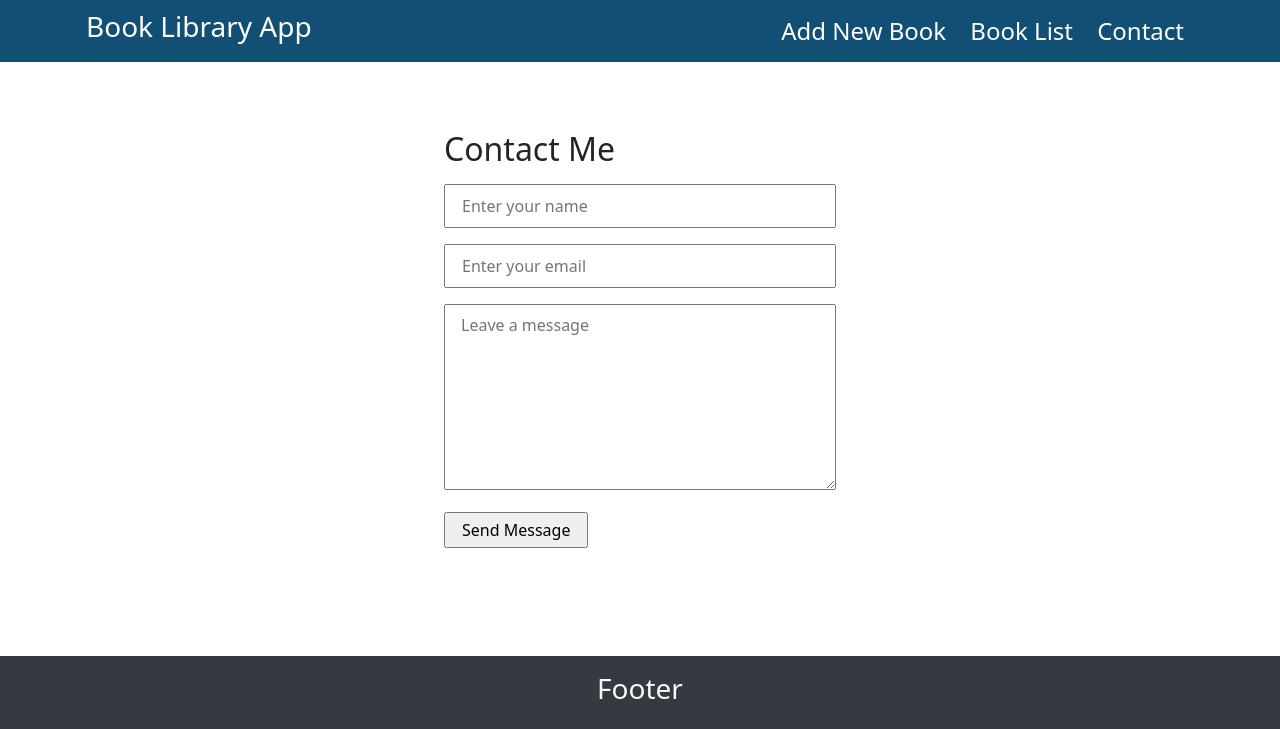
Repository: just-mann/booklibrary-app
Page: http://localhost/contact
These files come from the project's save history. The page is drawn as it stood at one moment and after the next save; the edit follows.
The browser window is 1280 px wide. The pictures show the whole page.
The page is served by the project's Node server (app.js).

Above is the page before, as saved 2021-06-06 04:51:57.

### views/contact.ejs
<!DOCTYPE html>
<html lang="en">
<%- include('./partials/Header') %>
<body>
    <%- include('./partials/Navbar') %>
    <div class="container py-3 contact">
        <div class="p-5 p-xs-1 p-sm-1 p-md-1 py-2 px-0 mt-5 contactDiv">
            <form class="px-0">
              <h2>Contact Me</h2>
                <div class="my-3">
                  <input class="px-3 py-2 name w-100" type="text" name="name" id="name" placeholder="Enter your name" required>
                </div>
                <div class="my-3">
                  <input class="px-3 py-2 email w-100" type="email" name="email" id="email" placeholder="Enter your email" required>
                </div>
                <div class="my-3">
                  <textarea class="px-3 py-2 w-100" name="message" id="" cols="30" rows="7" placeholder="Leave a message" required></textarea>
                </div>
                <div class="my-3">
                  <input class="px-3 py-1 submitBtn" type="submit" value="Send Message">
                </div>
            </form>
          </div>
    </div>
    <%- include('./partials/Footer') %>
</body>
</html>

### views/partials/Header.ejs
<head>
    <meta charset="UTF-8">
    <meta name="viewport" content="width=device-width, initial-scale=1.0">
    <title><%= title %></title>
    <link rel="stylesheet" href="https://stackpath.bootstrapcdn.com/bootstrap/5.0.0-alpha1/css/bootstrap.min.css" integrity="sha384-r4NyP46KrjDleawBgD5tp8Y7UzmLA05oM1iAEQ17CSuDqnUK2+k9luXQOfXJCJ4I" crossorigin="anonymous">
    <script src="https://cdn.jsdelivr.net/npm/popper.js@1.16.0/dist/umd/popper.min.js" integrity="sha384-Q6E9RHvbIyZFJoft+2mJbHaEWldlvI9IOYy5n3zV9zzTtmI3UksdQRVvoxMfooAo" crossorigin="anonymous"></script>
    <link rel="stylesheet" href="https://unpkg.com/aos@next/dist/aos.css" />
    <link rel="stylesheet" href="https://unpkg.com/aos@next/dist/aos.css" />
    <script src="https://stackpath.bootstrapcdn.com/bootstrap/5.0.0-alpha1/js/bootstrap.min.js" integrity="sha384-oesi62hOLfzrys4LxRF63OJCXdXDipiYWBnvTl9Y9/TRlw5xlKIEHpNyvvDShgf/" crossorigin="anonymous"></script>
    <link rel="stylesheet" href="/style.css">
  </head>

### views/partials/Navbar.ejs
<nav class="container-fluid sticky-top">
    <div class="container">
        <a href="/" class="logo"><h3>Book Library App</h3></a>
        <div class="nav__links">
            <a href="/">Add New Book</a>
            <a href="/booklist">Book List</a>
            <a href="/contact">Contact</a>
        </div>
    </div>
</nav>

### views/partials/Footer.ejs
<footer class="bg-dark py-3 text-light text-center">
    <script src="https://ajax.googleapis.com/ajax/libs/jquery/3.5.1/jquery.min.js"></script>
    <script src="/script.js"></script>
    <div class="container">
        <h3>Footer</h3>
    </div>
</footer>
<script src="https://unpkg.com/aos@next/dist/aos.js"></script>
<script>
  AOS.init();
</script>

### app.js
const express = require('express'); //import express package
const app = express(); //initialize the express app
const bodyParser = require('body-parser') //import body-parser to handle data from the form
const MongoClient = require('mongodb').MongoClient; //import the mongodbClient
const { ObjectId } = require('bson');
const dbName = 'myBookList';
const dbCollectionName = 'bookCollection';

const PORT = process.env.PORT || 5000;


// Configure the body-parser
app.use(bodyParser.urlencoded({ extended: true }));


// Make static files accessible
app.use(express.static('public'));


// Set View Engine
app.set('view engine', 'ejs');



// Connect to Database
const dbURI = 'mongodb+srv://bookUser:cUk4rECaXyAWsNz8@crud-tutorial.xd65d.mongodb.net/myBookList?retryWrites=true&w=majority';
MongoClient.connect(dbURI, { useUnifiedTopology: true })
    .then(client => {

        app.listen(PORT, () => {
            console.log(`App is now running on PORT ${PORT} and Database: ${dbName} is connected`)
        });

        const db = client.db(`${dbName}`);

        const myCollection = db.collection(`${dbCollectionName}`);

        app.post('/books', (req, res) => {
            myCollection.insertOne(req.body)
                .then(result => {
                    console.log('Item added to database...');
                })
                .catch(err => console.log(err));
            res.redirect('bookList');
        })

        app.get('/booklist', (req, res) => {
            myCollection.find().sort({_id: -1}).toArray()
                .then(result => {
                    res.render('bookList', { myList: result, title: "Book List" });
                })
                .catch(err => console.log(err));
        })


        app.get('/booklist/:id', (req, res) => {
            const id = req.params.id;
            myCollection.findOne({ _id: ObjectId(`${id}`)})
                .then(result => {
                    res.render('details', { singleBook: result, title: `Book Detail  -  ${result.title}` })
                })
                .catch(err => console.log(err));
        })


        app.delete('/booklist/:id', (req, res) => {
            const id = req.params.id;
            myCollection.deleteOne({_id: ObjectId(`${id}`)})
                .then(result => {
                    res.json({ redirect: '/booklist'})
                })
                .catch(err => console.log(err));
        })


        app.get('/', (req, res) => {
            res.render('index', { title: "Add New Book" });
        })


        app.get('/contact', (req, res) => {
            res.render('contact', { title: "Contact Me" });
        })

        app.use((req, res) => {
            res.status(404).render('404', { title: '404, Page Not Found'});
        })

    })
    .catch(err => console.log(err));

### public/style.css
* {
    padding: 0;
    margin: 0;
    box-sizing: border-box;
}
body {
    min-height: 100vh;
}

a {
    text-decoration: none;
}

nav {
    background-color: #114f74;
    padding: 10px 0px;
}

nav .container {
    display: flex;
    justify-content: space-between;
    align-items: center;
}

nav .container .logo h3 {
    color: #ffffff;
    font-weight: 350;
}

nav .container .nav__links {
    color: #ffffff;
}

nav .container .nav__links a {
    color: #ffffff;
    font-size: 1.5rem;
    padding: 10px 0px;
    margin: 0px 10px;
    font-weight: 300;
}

.nav__links a:hover {
    color: red;
}

.listDiv {
    display: flex;
    grid-template-columns: repeat(3, 1fr);
}

.list {
    max-width: 350px;
    min-height: 150px;
    margin: 0px 15px;
    background-color: #e2e2e2;
    border-left: 15px solid #41a1b9;
    opacity: 0.9;
    transition: opacity 0.6s;
}

.list:hover {
    opacity: 1;
}


/* Home Page */
.home {
    height: 82.3vh;
}

.home .homeDiv, .contact .contactDiv {
    /* background: yellow; */
    max-width: 400px;
    margin: 0 auto;
}



/* Book List Page */
.bookList {
    min-height: 81.3vh;
}






/* details page */
.details {
    height: 81.5vh;
}



.bookSummary {
    max-width: 500px;
    background: yellow;
}



/* Contact Page */
.contact {
    height: 82.5vh;
}

Loaded but not shown: public/script.js (no stored copy; drawn as an empty file)

After the next save:
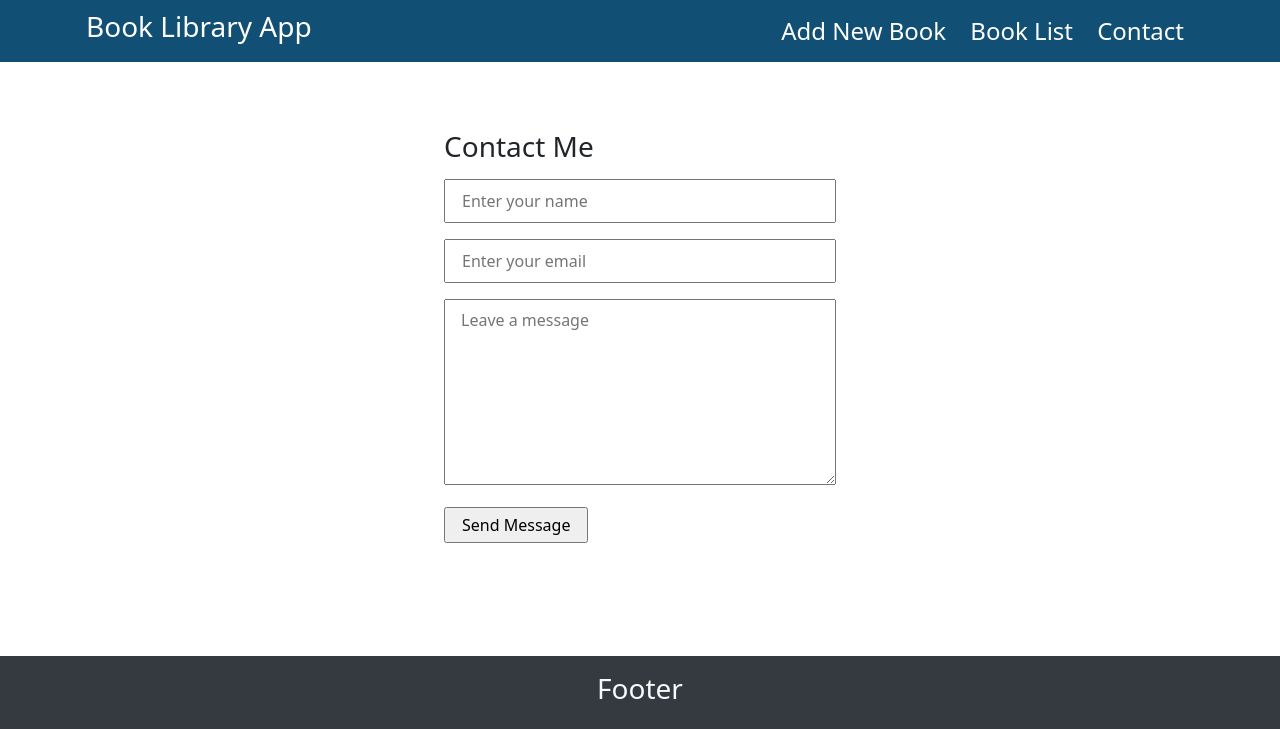
Saved 13 s later.
--- a/views/contact.ejs
+++ b/views/contact.ejs
@@ -6,7 +6,7 @@
     <div class="container py-3 contact">
         <div class="p-5 p-xs-1 p-sm-1 p-md-1 py-2 px-0 mt-5 contactDiv">
             <form class="px-0">
-              <h2>Contact Me</h2>
+              <h3>Contact Me</h3>
                 <div class="my-3">
                   <input class="px-3 py-2 name w-100" type="text" name="name" id="name" placeholder="Enter your name" required>
                 </div>
